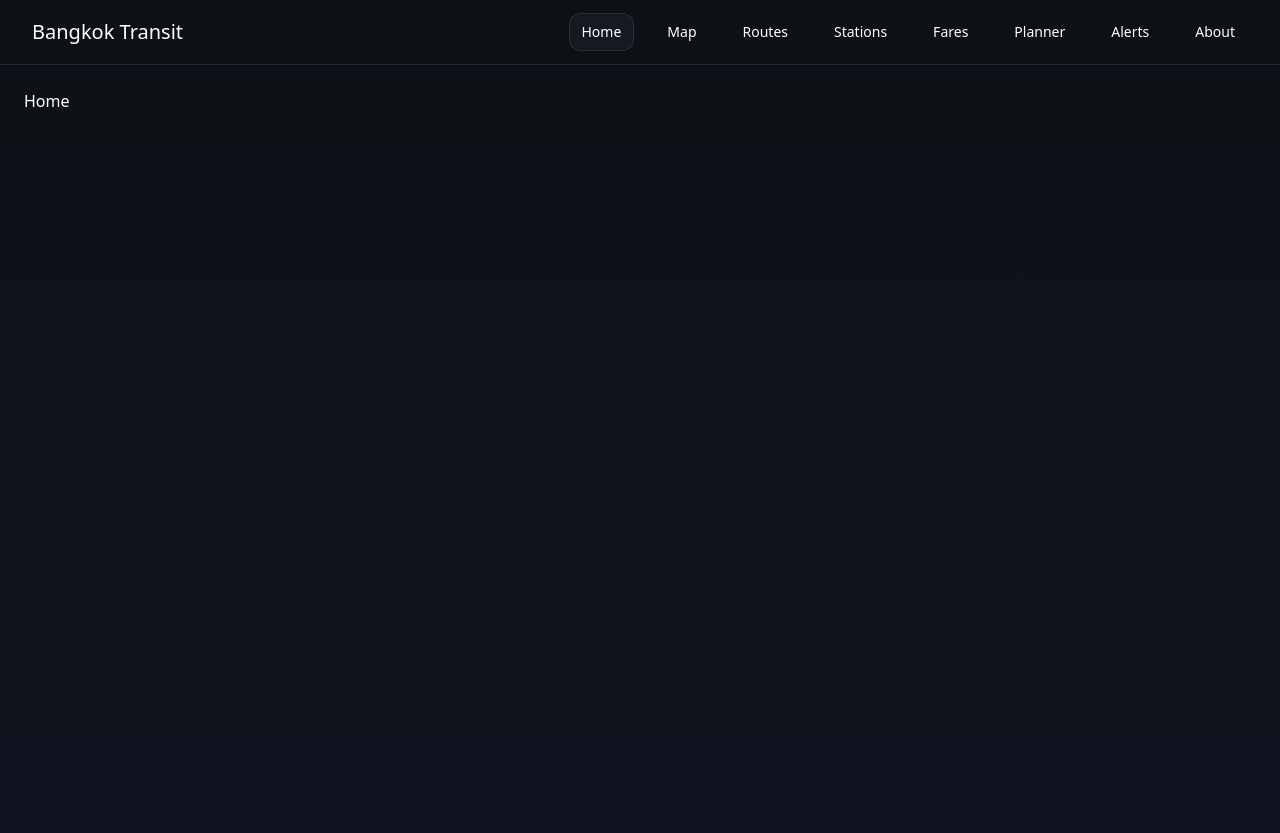
Repository: pyaestk/Bangkok-transit-map
Page: /
An editor plug-in stored every save of this project. The page is shown before and after the next save, followed by the edit.
The browser window is 1280 px wide. The pictures show the whole page.
The project was rebuilt for these pictures with package versions that can differ from the ones it lists, and the page was loaded fresh each time. Also part of the build but not shown: vite.config.ts, src/pages/Map.tsx, src/pages/Planner.tsx, src/pages/Stations.tsx, src/pages/TrainRoutes.tsx, src/pages/Fares.tsx, src/pages/About.tsx.

Above is the page before, as saved 2025-10-04 09:48:57.

After the next save:
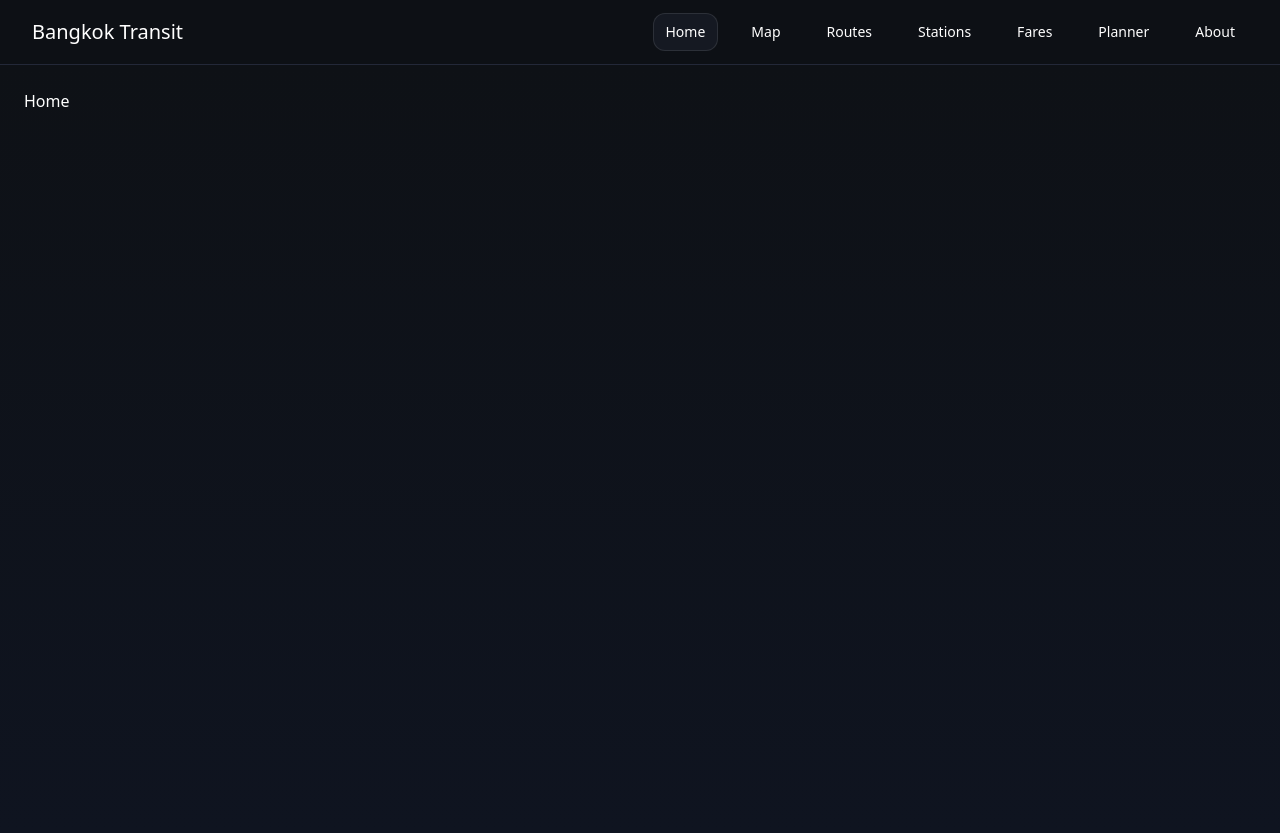
Saved 18 s later.
--- a/src/component/NavBar.tsx
+++ b/src/component/NavBar.tsx
@@ -16,7 +16,6 @@ function NavBar() {
     { to: "/stations", label: "Stations" },
     { to: "/fares", label: "Fares" },
     { to: "/planner", label: "Planner" },
-    { to: "/alerts", label: "Alerts" },
     { to: "/about", label: "About" },
   ];
 
